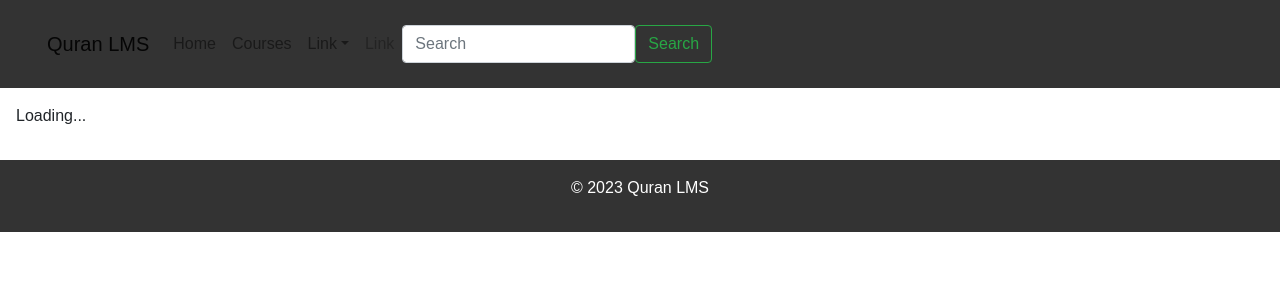
Repository: talha-mahmood/Quran-Lms-react
Page: /
These files come from the project's save history. The page is drawn as it stood at one moment and after a run of saves; the edit follows.
The browser window is 1280 px wide. The pictures show the whole page.
The page's requests for data from a server got no answer. The project was rebuilt for these pictures with package versions that can differ from the ones it lists, and the page was loaded fresh each time. No one was signed in, and anything a server would have sent is missing.

Above is the page before, as saved 2023-03-08 01:12:50.

### public/index.html
<!DOCTYPE html>
<html lang="en">
  <head>
    <meta charset="utf-8" />
    <link rel="icon" href="%PUBLIC_URL%/favicon.ico" />
    <meta name="viewport" content="width=device-width, initial-scale=1" />
    <meta name="theme-color" content="#000000" />
    <meta
      name="description"
      content="Web site created using create-react-app"
    />

    <link rel="apple-touch-icon" href="%PUBLIC_URL%/logo192.png" />
    <link rel="stylesheet" href="https://cdn.jsdelivr.net/npm/bootstrap@4.4.1/dist/css/bootstrap.min.css" integrity="sha384-Vkoo8x4CGsO3+Hhxv8T/Q5PaXtkKtu6ug5TOeNV6gBiFeWPGFN9MuhOf23Q9Ifjh" crossorigin="anonymous">
    <script src="https://code.jquery.com/jquery-3.4.1.slim.min.js" integrity="sha384-J6qa4849blE2+poT4WnyKhv5vZF5SrPo0iEjwBvKU7imGFAV0wwj1yYfoRSJoZ+n" crossorigin="anonymous"></script>
   <script src="https://cdn.jsdelivr.net/npm/popper.js@1.16.0/dist/umd/popper.min.js" integrity="sha384-Q6E9RHvbIyZFJoft+2mJbHaEWldlvI9IOYy5n3zV9zzTtmI3UksdQRVvoxMfooAo" crossorigin="anonymous"></script>
   <script src="https://cdn.jsdelivr.net/npm/bootstrap@4.4.1/dist/js/bootstrap.min.js" integrity="sha384-wfSDF2E50Y2D1uUdj0O3uMBJnjuUD4Ih7YwaYd1iqfktj0Uod8GCExl3Og8ifwB6" crossorigin="anonymous"></script>
    <!--
      manifest.json provides metadata used when your web app is installed on a
      user's mobile device or desktop. See https://developers.google.com/web/fundamentals/web-app-manifest/
    -->
    <link rel="manifest" href="%PUBLIC_URL%/manifest.json" />
    <!--
      Notice the use of %PUBLIC_URL% in the tags above.
      It will be replaced with the URL of the `public` folder during the build.
      Only files inside the `public` folder can be referenced from the HTML.

      Unlike "/favicon.ico" or "favicon.ico", "%PUBLIC_URL%/favicon.ico" will
      work correctly both with client-side routing and a non-root public URL.
      Learn how to configure a non-root public URL by running `npm run build`.
    -->
    <title>React App</title>
  </head>
  <body>
    <noscript>You need to enable JavaScript to run this app.</noscript>
    <div id="root"></div>

    <!--
      This HTML file is a template.
      If you open it directly in the browser, you will see an empty page.

      You can add webfonts, meta tags, or analytics to this file.
      The build step will place the bundled scripts into the <body> tag.

      To begin the development, run `npm start` or `yarn start`.
      To create a production bundle, use `npm run build` or `yarn build`.
    -->
  </body>
</html>

### src/App.js
import './App.css';
import React,{Component} from 'react';
import Button from 'react-bootstrap/Button';
import Container from 'react-bootstrap/Container';
import Form from 'react-bootstrap/Form';
import Nav from 'react-bootstrap/Nav';
import Navbar from 'react-bootstrap/Navbar';
import NavDropdown from 'react-bootstrap/NavDropdown';
class QuranLMS extends Component {
  state = {
    verses: [],
    isLoading: true
  };

  async componentDidMount() {
    const response = await fetch("https://api.quran.com/api/v4/quran/verses/uthmani?chapter_number=1");
    const data = await response.json();
    this.setState({
      verses: data.verses,
      isLoading: false
    });
  }

  render() {
    const { verses, isLoading } = this.state;
    return (
      <div>


          <div>
          <header>
          <Navbar bg="" expand="lg">
      <Container fluid>
        <Navbar.Brand href="#">Quran LMS</Navbar.Brand>
        <Navbar.Toggle aria-controls="navbarScroll" />
        <Navbar.Collapse id="navbarScroll">
          <Nav
            className="me-auto my-2 my-lg-0"
            style={{ maxHeight: '100px' }}
            navbarScroll
          >
            <Nav.Link href="#action1">Home</Nav.Link>
            <Nav.Link href="#action2">Courses</Nav.Link>
            <NavDropdown title="Link" id="navbarScrollingDropdown">
              <NavDropdown.Item href="#action3">About</NavDropdown.Item>
              <NavDropdown.Item href="#action4">
                Another action
              </NavDropdown.Item>
              <NavDropdown.Divider />
              <NavDropdown.Item href="#action5">
                Something else here
              </NavDropdown.Item>
            </NavDropdown>
            <Nav.Link href="#" disabled>
              Link
            </Nav.Link>
          </Nav>
          <Form className="d-flex">
            <Form.Control
              type="search"
              placeholder="Search"
              className="me-2"
              aria-label="Search"
            />
            <Button variant="outline-success">Search</Button>
          </Form>
        </Navbar.Collapse>
      </Container>
    </Navbar>
    </header>
          </div>



        <main>
          {isLoading ? (
            <p>Loading...</p>
          ) : (
            verses.map((verse) => (
              <p key={verse.id}>{verse.text_uthmani}</p>
            ))
          )}
        </main>
        <footer>
          <p>&copy; 2023 Quran LMS</p>
        </footer>
      </div>
    );
  }
}

export default QuranLMS;

### src/App.css
body {
  font-family: Arial, sans-serif;
  margin: 0;
}

header {
  background-color: #333;
  color: #fff;
  padding: 1em;
}

header h1 {
  margin: 0;
}

main {
  padding: 1em;
}

footer {
  background-color: #333;
  color: #fff;
  padding: 1em;
  text-align: center;
}

Loaded but not shown: src/index.js (common file); src/index.css (common file); src/reportWebVitals.js (common file)

After the next 2 saves:
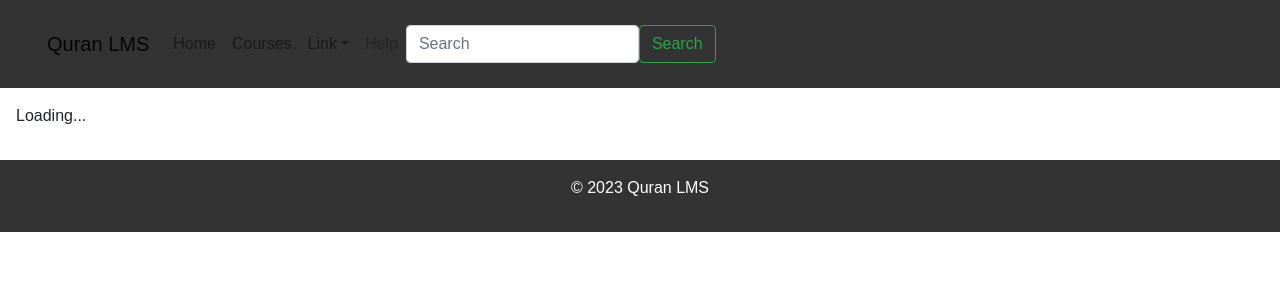
The 2 saves are shown as one change because they came seconds apart.
The last was saved 12 s later.
--- a/src/App.js
+++ b/src/App.js
@@ -52,7 +52,7 @@ class QuranLMS extends Component {
               </NavDropdown.Item>
             </NavDropdown>
             <Nav.Link href="#" disabled>
-              Link
+              Help
             </Nav.Link>
           </Nav>
           <Form className="d-flex">
